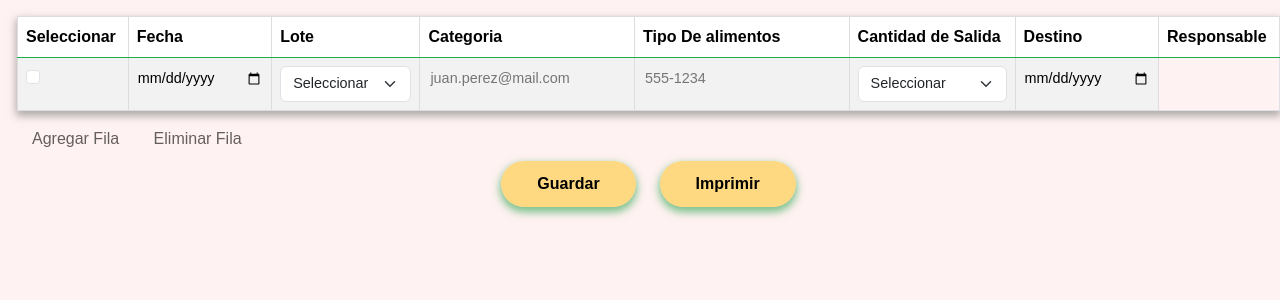
Repository: Mateojimenezz/Granja-Santa-Helena
Page: registroDiarioDeAlimentos.html
These files come from the project's save history. The page is drawn as it stood at one moment and after a run of saves; the edit follows.
The browser window is 1280 px wide. The pictures show the whole page.
Some web fonts or font styles are not loaded; a fallback is used.

Above is the page before, as saved 2025-04-22 15:44:54.

After the next 2 saves:
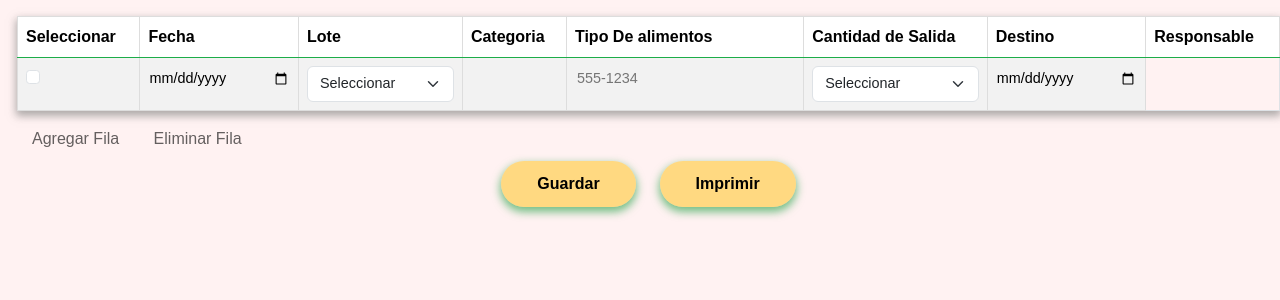
The 2 saves are shown as one change because they came seconds apart.
The last was saved 8 s later.
--- a/registroDiarioDeAlimentos.html
+++ b/registroDiarioDeAlimentos.html
@@ -43,8 +43,7 @@
                 </select>
               </td>
               <td>
-                <input type="email" class="input-no-border" placeholder="juan.perez@mail.com" />
-              </td>
+
               <td>
                 <input type="tel" class="input-no-border" placeholder="555-1234" />
               </td>
